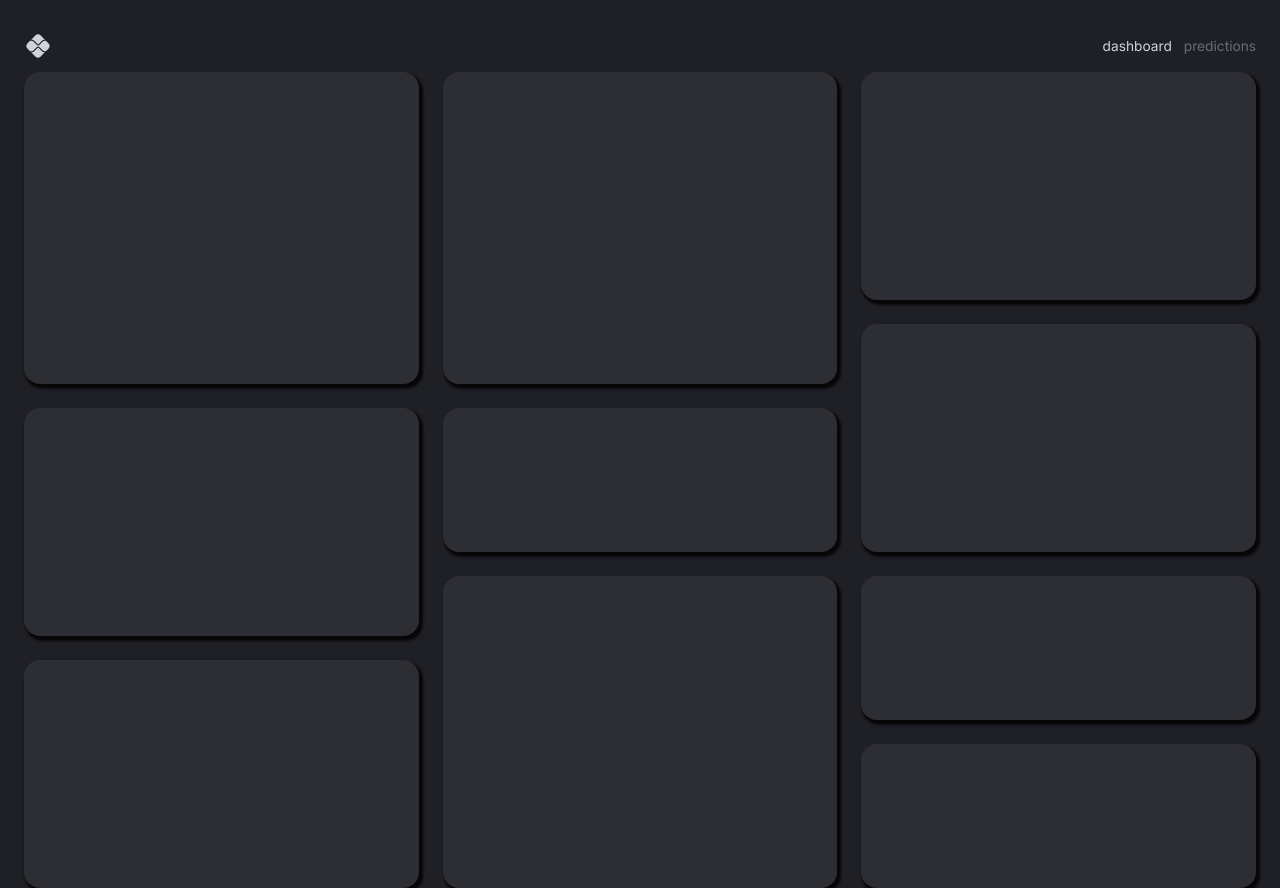
Repository: BernhardSilva/finance-client
Page: /
These files come from the project's save history. The page is drawn as it stood at one moment and after the next save; the edit follows.
The browser window is 1280 px wide. The pictures show the whole page.
The project was rebuilt for these pictures with package versions that can differ from the ones it lists, and the page was loaded fresh each time. Also part of the build but not shown: vite.config.ts.

Above is the page before, as saved 2023-05-14 22:26:11.

### src/App.tsx
import '@/App.css';
import Navbar from '@/scenes/navbar';
import Dashboard from '@/scenes/dashboard';
import { Box, CssBaseline } from '@mui/material';
import { ThemeProvider, createTheme } from '@mui/material/styles';
import { useMemo } from 'react';
import { BrowserRouter, Route, Routes } from 'react-router-dom';
import { themeSettings } from './theme';

function App() {
	const theme = useMemo(() => createTheme(themeSettings), []);
	return (
		<>
			<div className='app'>
				<BrowserRouter>
					<ThemeProvider theme={theme}>
						<CssBaseline />
						<Box width='100%' height='100%' padding='1remn 2rem 4rem 2rem'>
							<Navbar />
							<Routes>
								<Route path='/' element={<Dashboard />} />
								<Route path='/predictions' element={<div>predictions page</div>} />
							</Routes>
						</Box>
					</ThemeProvider>
				</BrowserRouter>
			</div>
		</>
	);
}

export default App;

### src/index.css
@import url('https://fonts.googleapis.com/css2?family=Inter:wght@400;500;600&family=Ubuntu:wght@400;700&display=swap');


html, body, #root, .app {
  height: 100%;
  width: 100%;
  font-family: "Inter", sans-serif;
  background-color: #1f2026
}

### src/App.css
#root {
  max-width: 1280px;
  margin: 0 auto;
  padding: 1.5rem;
  text-align: center;
}

.logo {
  height: 6em;
  padding: 1.5em;
  will-change: filter;
  transition: filter 300ms;
}
.logo:hover {
  filter: drop-shadow(0 0 2em #646cffaa);
}
.logo.react:hover {
  filter: drop-shadow(0 0 2em #61dafbaa);
}

@keyframes logo-spin {
  from {
    transform: rotate(0deg);
  }
  to {
    transform: rotate(360deg);
  }
}

@media (prefers-reduced-motion: no-preference) {
  a:nth-of-type(2) .logo {
    animation: logo-spin infinite 20s linear;
  }
}

.card {
  padding: 2em;
}

.read-the-docs {
  color: #888;
}

### src/scenes/navbar/index.tsx
import { useState } from 'react';
import { Link } from 'react-router-dom';
import { Box, Typography, useTheme } from '@mui/material';
import FlexBetween from '@/components/FlexBetween';
import PixIcon from '@mui/icons-material/Pix';

type Props = {};

const Navbar = (props: Props) => {
	const { palette } = useTheme();
	const [selected, setSelected] = useState('dashboard')
	return (
		<FlexBetween mb="0.25rem" p="0.5rem 0rem" color={palette.grey[300]}>
			{/* LEFT SIDE */}
			<FlexBetween gap="0.75rem">
				<PixIcon sx={{ fontSize: "28px" }}>
					<Typography variant="h4" fontSize="16px">
						Finanseer
					</Typography>
				</PixIcon>
			</FlexBetween>
			{/* RIGHT SIDE */}
			<FlexBetween gap="0.75rem">
				<Box sx={{ '&:hover': { color: palette.primary[100] } }}>
					<Link to="/" onClick={() => setSelected("dashboard")}
						style={{
							color: selected === "dashboard" ? "inherit" : palette.grey[700],
							textDecoration: "inherit"
						}}>
							dashboard
					</Link>
				</Box>
				<Box sx={{ '&:hover': { color: palette.primary[100] } }}>
					<Link to="/predictions" onClick={() => setSelected("predictions")}
						style={{
							color: selected === "predictions" ? "inherit" : palette.grey[700],
							textDecoration: "inherit"
						}}>
							predictions
					</Link>
				</Box>
			</FlexBetween>

		</FlexBetween >
	);
};

export default Navbar;

### src/scenes/dashboard/index.tsx
import DashboardBox from '@/components/DashboardBox';
import { Box, useMediaQuery } from '@mui/material';

type Props = {}

const gridTemplateLargeScreens = `
    "a b c"
    "a b c"
    "a b c"
    "a b f"
    "d e f"
    "d e f"
    "d h i"
    "g h i"
    "g h j"
    "g h j"
`
const gridTemplateSmallScreens = `
    "a"
    "a"
    "a"
    "a"
    "b"
    "b"
    "b"
    "b"
    "c"
    "c"
    "c"
    "d"
    "d"
    "d"
    "d"
    "e"
    "e"
    "f"
    "f"
    "f"
    "g"
    "g"
    "g"
    "h"
    "h"
    "h"
    "h"
    "i"
    "i"
    "j"
    "j"
`

const Dashboard = (props: Props) => {
    const isAboveMediumScreens = useMediaQuery("(min-width: 1200px)")
    return (
        <Box width="100%" height="100%" display="grid" gap="1.5rem"
            sx={isAboveMediumScreens ? {
                gridTemplateColumns: "repeat(3, minmax(370px, 1fr))",
                gridTemplateRows: "repeat(10, minmax(60px, 1fr ))",
                gridTemplateAreas: gridTemplateLargeScreens,
            } : {
                gridTemplateColumns: "1fr",
                gridAutoRows: "80px",
                gridTemplateAreas: gridTemplateSmallScreens
            }
            }>
            <DashboardBox gridArea="a"></DashboardBox>
            <DashboardBox gridArea="b"></DashboardBox>
            <DashboardBox gridArea="c"></DashboardBox>
            <DashboardBox gridArea="d"></DashboardBox>
            <DashboardBox gridArea="e"></DashboardBox>
            <DashboardBox gridArea="f"></DashboardBox>
            <DashboardBox gridArea="g"></DashboardBox>
            <DashboardBox gridArea="h"></DashboardBox>
            <DashboardBox gridArea="i"></DashboardBox>
            <DashboardBox gridArea="j"></DashboardBox>
        </Box>
    )
}

export default Dashboard

### src/theme.ts

export const tokens = {
    grey: {
      100: "#f0f0f3",
      200: "#e1e2e7",
      300: "#d1d3da",
      400: "#c2c5ce",
      500: "#b3b6c2",
      600: "#8f929b",
      700: "#6b6d74",
      800: "#48494e",
      900: "#242427",
    },
    primary: {
      // light green
      100: "#d0fcf4",
      200: "#a0f9e9",
      300: "#71f5de",
      400: "#41f2d3",
      500: "#12efc8",
      600: "#0ebfa0",
      700: "#0b8f78",
      800: "#076050",
      900: "#043028",
    },
    secondary: {
      // yellow
      100: "#fcf0dd",
      200: "#fae1bb",
      300: "#f7d299",
      400: "#f5c377",
      500: "#f2b455",
      600: "#c29044",
      700: "#916c33",
      800: "#614822",
      900: "#302411",
    },
    tertiary: {
      // purple
      500: "#8884d8",
    },
    background: {
      light: "#2d2d34",
      main: "#1f2026",
    },
  };

  // mui theme settings
  export const themeSettings = {
    palette: {
      primary: {
        ...tokens.primary,
        main: tokens.primary[500],
        light: tokens.primary[400],
      },
      secondary: {
        ...tokens.secondary,
        main: tokens.secondary[500],
      },
      tertiary: {
        ...tokens.tertiary,
      },
      grey: {
        ...tokens.grey,
        main: tokens.grey[500],
      },
      background: {
        default: tokens.background.main,
        light: tokens.background.light,
      },
    },
    typography: {
      fontFamily: ["Inter", "sans-serif"].join(","),
      fontSize: 12,
      h1: {
        fontFamily: ["Inter", "sans-serif"].join(","),
        fontSize: 32,
      },
      h2: {
        fontFamily: ["Inter", "sans-serif"].join(","),
        fontSize: 24,
      },
      h3: {
        fontFamily: ["Inter", "sans-serif"].join(","),
        fontSize: 20,
        fontWeight: 800,
        color: tokens.grey[200],
      },
      h4: {
        fontFamily: ["Inter", "sans-serif"].join(","),
        fontSize: 14,
        fontWeight: 600,
        color: tokens.grey[300],
      },
      h5: {
        fontFamily: ["Inter", "sans-serif"].join(","),
        fontSize: 12,
        fontWeight: 400,
        color: tokens.grey[500],
      },
      h6: {
        fontFamily: ["Inter", "sans-serif"].join(","),
        fontSize: 10,
        color: tokens.grey[700],
      },
    },
  };

### src/components/FlexBetween.tsx
import { Box } from '@mui/material';
import { styled } from '@mui/system';

const FlexBetween = styled(Box)({
	display: 'flex',
	justifyContent: 'space-between',
	alignItems: 'center'
});

export default FlexBetween;

### src/components/DashboardBox.tsx
import { Box } from '@mui/material';
import { styled } from '@mui/system';

const DashboardBox = styled(Box)(({ theme }) => ({
    backgroundColor: theme.palette.background.light,
    borderRadius: "1rem",
    boxShadow: "0.15rem 0.2rem 0.15rem 0.1rem rgba(0,0,0, .8)",
}));

export default DashboardBox;

### src/scenes/dashboard/Row1.tsx
import DashboardBox from '@/components/DashboardBox'
import React from 'react'

type Props = {}

const Row1 = (props: Props) => {
    return (
        <> <DashboardBox gridArea="a"></DashboardBox>
            <DashboardBox gridArea="b"></DashboardBox>
            <DashboardBox gridArea="c"></DashboardBox></>
    )
}

export default Row1

Loaded but not shown: index.html (common file); src/main.tsx (common file)

After the next save:
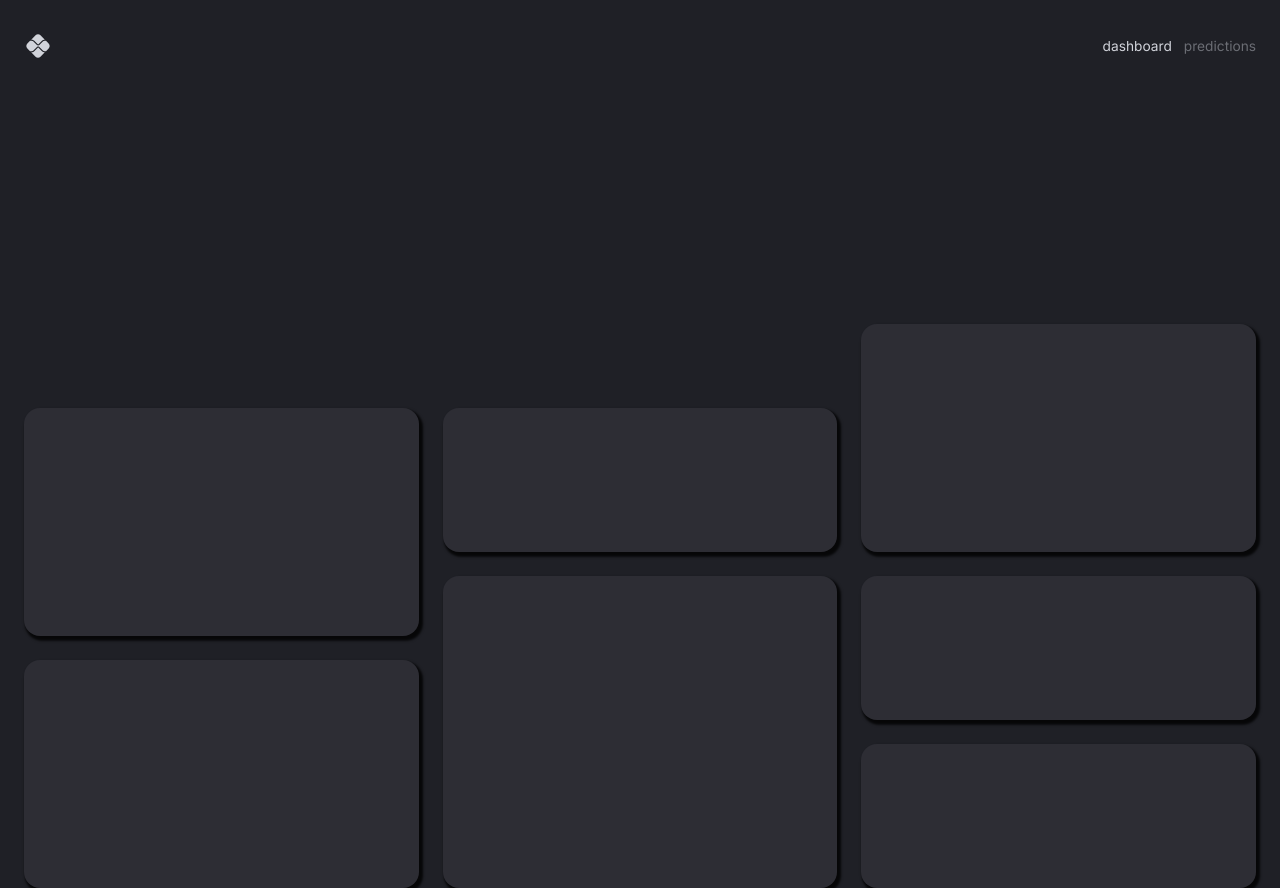
Saved 5 s later.
--- a/src/scenes/dashboard/index.tsx
+++ b/src/scenes/dashboard/index.tsx
@@ -63,9 +63,7 @@
                 gridTemplateAreas: gridTemplateSmallScreens
             }
             }>
-            <DashboardBox gridArea="a"></DashboardBox>
-            <DashboardBox gridArea="b"></DashboardBox>
-            <DashboardBox gridArea="c"></DashboardBox>
+
             <DashboardBox gridArea="d"></DashboardBox>
             <DashboardBox gridArea="e"></DashboardBox>
             <DashboardBox gridArea="f"></DashboardBox>

After the 2 saves that followed:
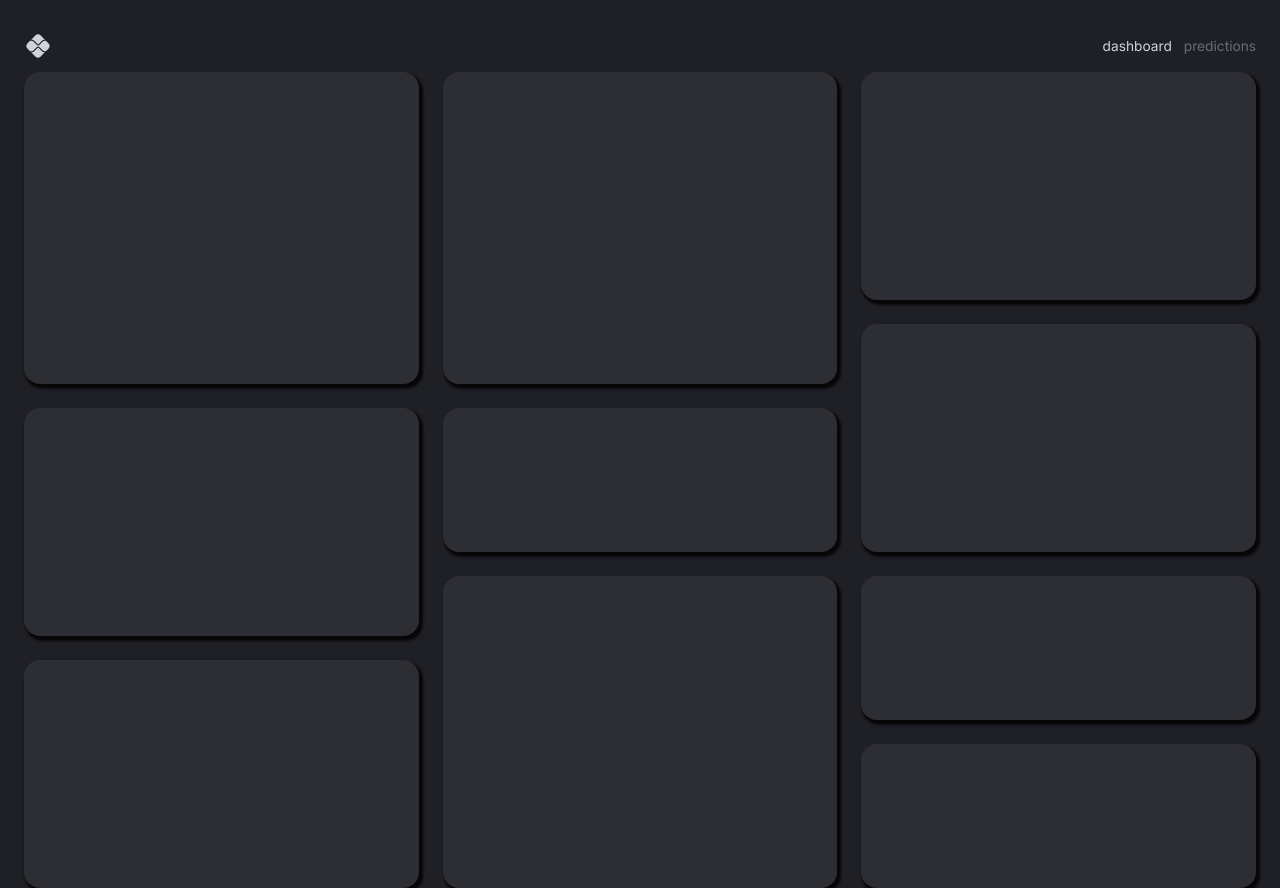
The 2 saves are shown as one change because 1 left the picture as it was.
The last was saved 60 s later.
--- a/src/scenes/dashboard/index.tsx
+++ b/src/scenes/dashboard/index.tsx
@@ -1,5 +1,6 @@
 import DashboardBox from '@/components/DashboardBox';
 import { Box, useMediaQuery } from '@mui/material';
+import Row1 from './Row1';
 
 type Props = {}
 
@@ -63,7 +64,7 @@
                 gridTemplateAreas: gridTemplateSmallScreens
             }
             }>
-
+            <Row1></Row1>
             <DashboardBox gridArea="d"></DashboardBox>
             <DashboardBox gridArea="e"></DashboardBox>
             <DashboardBox gridArea="f"></DashboardBox>
--- a/src/scenes/dashboard/Row1.tsx
+++ b/src/scenes/dashboard/Row1.tsx
@@ -5,9 +5,11 @@ type Props = {}
 
 const Row1 = (props: Props) => {
     return (
-        <> <DashboardBox gridArea="a"></DashboardBox>
+        <>
+            <DashboardBox gridArea="a"></DashboardBox>
             <DashboardBox gridArea="b"></DashboardBox>
-            <DashboardBox gridArea="c"></DashboardBox></>
+            <DashboardBox gridArea="c"></DashboardBox>
+        </>
     )
 }
 
